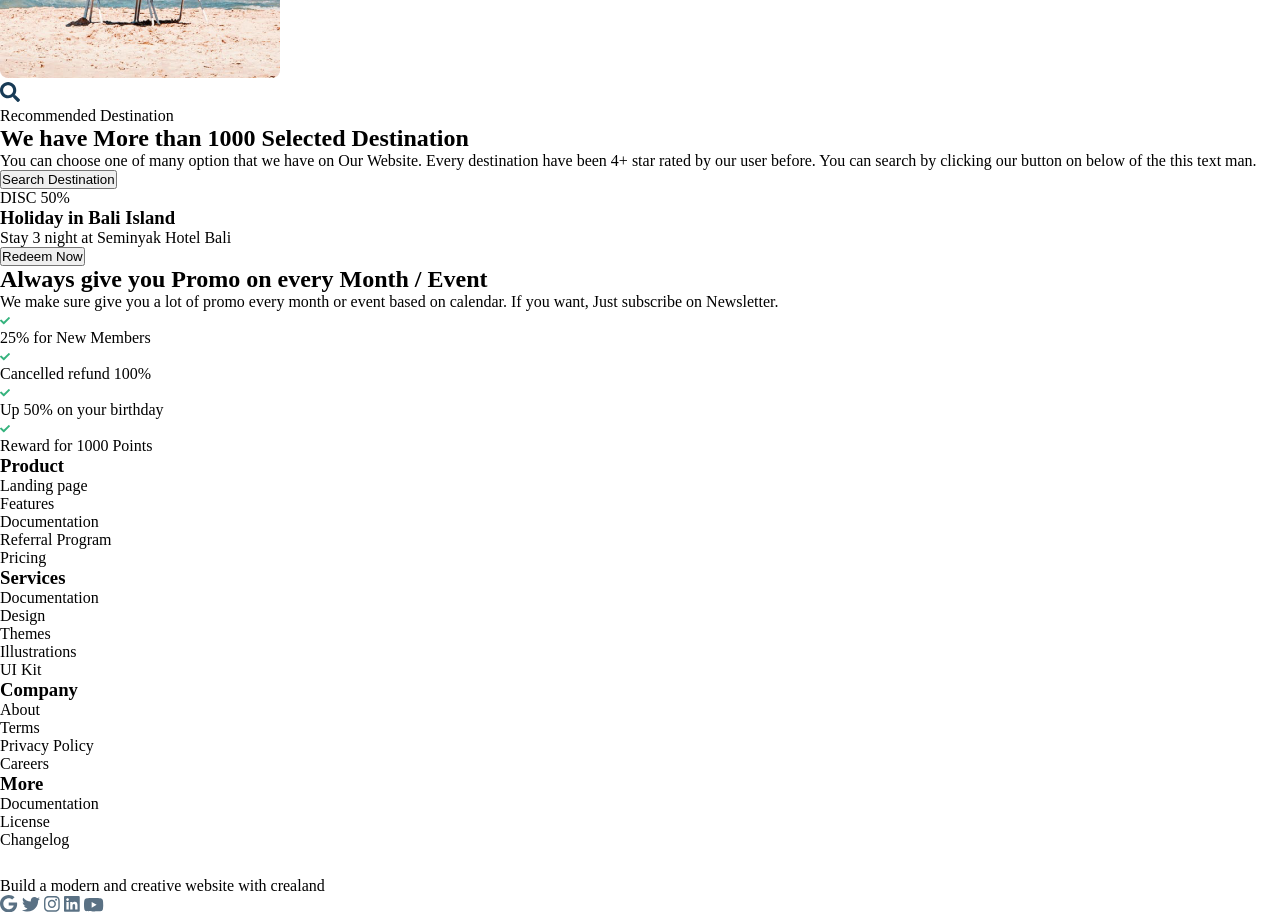
Repository: daviHmoraes/frontcomtailwind
Page: index.html
An editor plug-in stored every save of this project. The page is shown before and after the next save, followed by the edit.
The browser window is 1280 px wide. The pictures show the part of the page from y = 4155 to 5107 px (the page is 5071 px tall before and 5107 px after).
A picture or video elsewhere on the page could not be fetched, so the positions and the page height are approximate.

Above is the page before, as saved 2026-08-31 18:28:02.

After the next save:
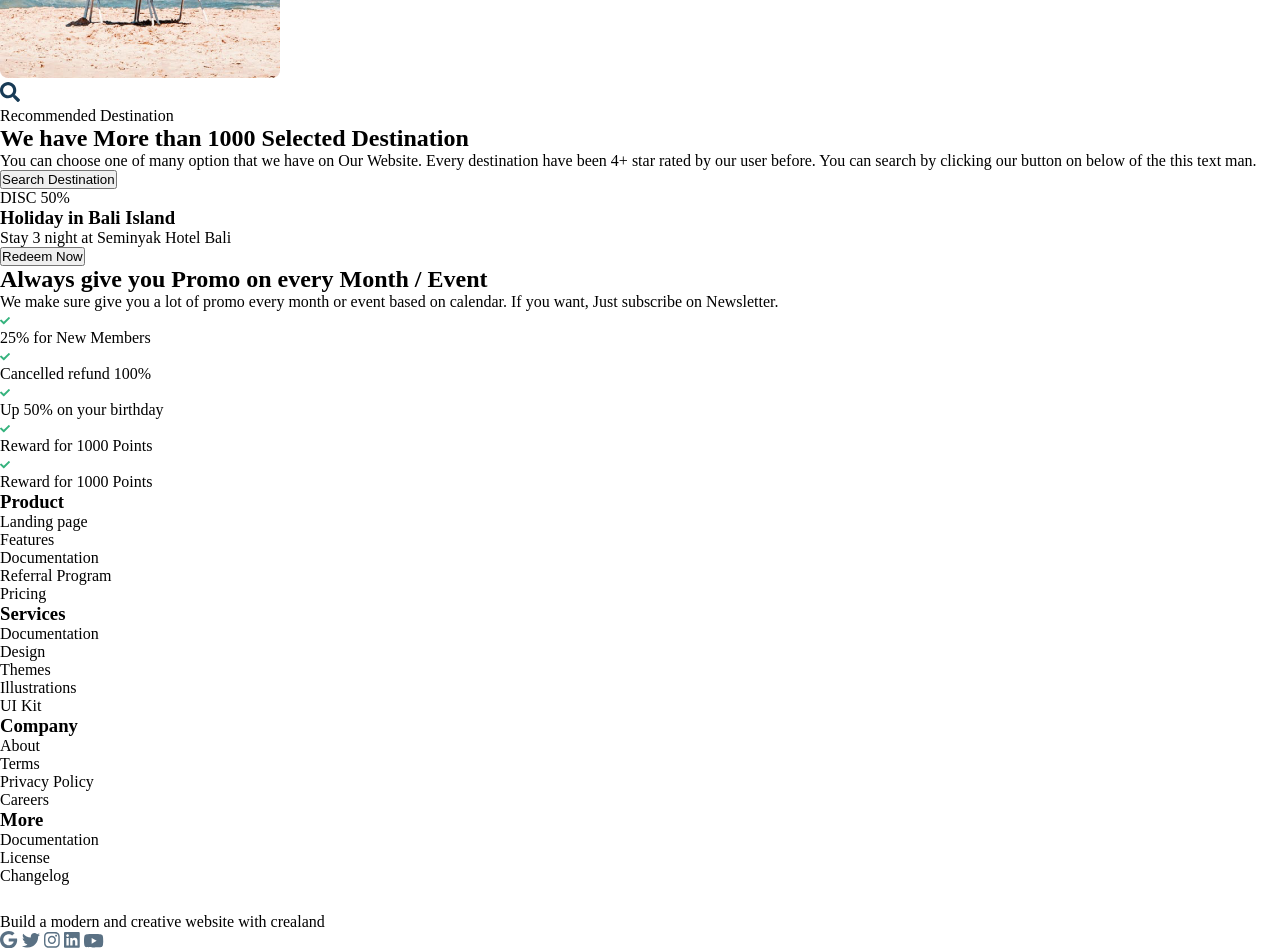
Saved 6 s later.
--- a/index.html
+++ b/index.html
@@ -342,6 +342,10 @@
                     <p>Reward for 1000 Points</p>
                 </div>
 
+                <div class="pros">
+                    <img src="/img/pros-icon.svg" alt="Right Simbol Icon">
+                    <p>Reward for 1000 Points</p>
+                </div>
 
             </div>
 
